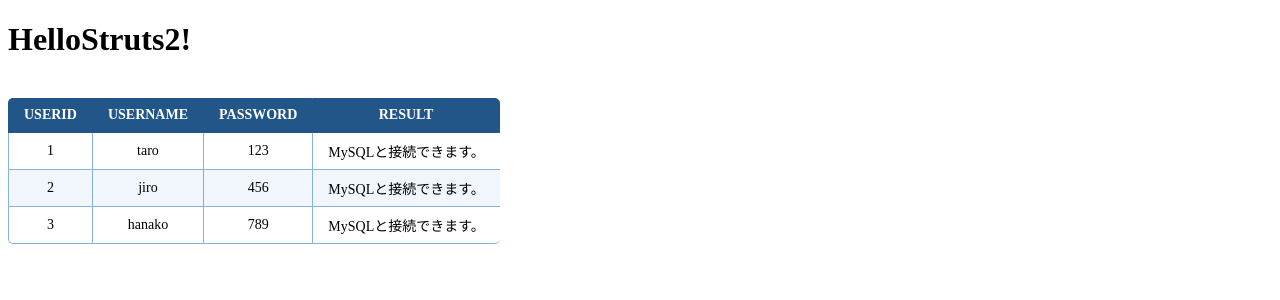
Repository: teru1236/test
Page: http://localhost/WebproJ4/HelloStrutsAction.action
These files come from the project's save history. The page is drawn as it stood at one moment and after the next save; the edit follows.
The browser window is 1280 px wide. The pictures show the whole page.
The page is served by Tomcat 9. Other server files are loaded and not shown. The database holds what the project's SQL file puts in it.

Above is the page before, as saved 2018-03-02 08:35:05.

### WebproJ4/WebContent/hello.jsp
<%@ page language="java" contentType="text/html; charset=UTF-8"
    pageEncoding="UTF-8"%>
<%@ taglib prefix="s" uri="/struts-tags" %>
<!DOCTYPE html PUBLIC "-//W3C//DTD HTML 4.01 Transitional//EN" "http://www.w3.org/TR/html4/loose.dtd">
<html>
<head>
<meta http-equiv="Content-Type" content="text/html; charset=UTF-8">
<link rel="stylesheet" type="text/css" href="./css/style.css">
<title>HelloStruts</title>
</head>
<body>
<h1>HelloStruts2!</h1>
<br>

<table>
	<tbody>

	<tr>
		<th>USERID</th>
		<th>USERNAME</th>
		<th>PASSWORD</th>
		<th>RESULT</th>
	</tr>

	<s:iterator value="helloStrutsDTOList">

	<tr>
		<td><s:property value="userId"/></td>
		<td><s:property value="userName"/></td>
		<td><s:property value="password"/></td>
		<td><s:property value="result"/></td>
	</tr>

	</s:iterator>
	</tbody>
</table>
</body>
</html>

### WebproJ4/src/com/internousdev/webproj4/dto/HelloStrutsDTO.java
package com.internousdev.webproj4.dto;

public class HelloStrutsDTO {
	private int userId;
	private String userName;
	private String password;
	private String result;

	public int getUserId() {
		return userId;
	}
	public void setUserId(int userId) {
		this.userId = userId;
	}
	public String getUserName() {
		return userName;
	}
	public void setUserName(String userName) {
		this.userName = userName;
	}
	public String getPassword() {
		return password;
	}
	public void setPassword(String password) {
		this.password = password;
	}
	public String getResult() {
		return result;
	}
	public void setResult(String result) {
		this.result = result;
	}


}

### WebproJ4/src/com/internousdev/webproj4/dao/HelloStrutsDAO.java
package com.internousdev.webproj4.dao;

import java.sql.Connection;
import java.sql.PreparedStatement;
import java.sql.ResultSet;
import java.sql.SQLException;
import java.util.ArrayList;
import java.util.List;

import com.internousdev.webproj4.dto.HelloStrutsDTO;
import com.internousdev.webproj4.util.DBConnector;

public class HelloStrutsDAO {
	List<HelloStrutsDTO> helloStrutsDTOList = new ArrayList<HelloStrutsDTO>();

	public List<HelloStrutsDTO>select(){
		DBConnector db = new DBConnector();
		Connection con = db.getConnection();

		String sql = "select * from users";
		try{
			PreparedStatement ps = con.prepareStatement(sql);
			ResultSet rs = ps.executeQuery();

			while(rs.next()){
				HelloStrutsDTO dto = new HelloStrutsDTO();
				dto.setUserId(rs.getInt("user_id"));
				dto.setUserName(rs.getString("user_name"));
				dto.setPassword(rs.getString("password"));
				dto.setResult("MySQLと接続できます。");
				helloStrutsDTOList.add(dto);
			}
		}catch(SQLException e){
			e.printStackTrace();
		}
		try{
			con.close();
		}catch(SQLException e){
			e.printStackTrace();
		}
		return helloStrutsDTOList;
	}
}

### WebproJ4/src/com/internousdev/webproj4/util/DBConnector.java
package com.internousdev.webproj4.util;

import java.sql.Connection;
import java.sql.DriverManager;
import java.sql.SQLException;

public class DBConnector {
	private static String driverName = "com.mysql.jdbc.Driver";
	private static String url = "jdbc:mysql://localhost/testdb";
	private static String user = "root";
	private static String password = "mysql";

	public Connection getConnection(){
		Connection con = null;
		try{
			Class.forName(driverName);
			con = DriverManager.getConnection(url,user,password);
		}catch(ClassNotFoundException e){
			e.printStackTrace();
		}catch(SQLException e){
			e.printStackTrace();
		}
		return con;
	}
}

### WebproJ4/WebContent/css/style.css
@CHARSET "UTF-8";
table{
	width:auto;
	border-spacing:0;
	font-size:14px;
}
table th{
	color:#fff;
	padding:8px 15px;
	background:#258;
	background:-moz-linear-gradient(rgba(34,85,136,0,9),rgba(34,85,136,0,9) 50%);
	background:-webkit-gradient(linear,100%,0%,100%,50%,from(rgba(34,85,136,0,7),to(rgba(34,85,136,0,9))));
	font-weight:bold;
	border-left:1px solid #258;
	border-top:1px solid #258;
	border-bottom:1px solid #258;
	line-height:120%;
	text-align:center;
	text-shaow:0 -1px 0 rgba(34,85,136,0,9);
	box-shadow:opx 1px 1px rgba(255,255,255,0,3) inset;
}
table th:first-child{
	border-radius:5px 0 0 0;
}
table th:last-child{
	border-radius:0 5px 0 0;
	border-right:1px solid #258;
	box-shadow:2px 2px 1px rgba(0,0,0,0,1),0px 1px 1px rgba(255,255,255,0,3) inset;

}
table tr td{
	padding:8px 15px;
	border-bottom:1px solid #84b2e0;
	border-left:1px solid #84b2e0;
	text-align:center;
}
table tr{
	background:#fff;
}
table tr:nth-child(2n+1){
	background:#f1f6fc;
}
table tr:last-child td{
	box-shadow:2px 2px 1px rgba(0,0,0,0,1);
}
table tr:last-child td:first-child{
	border-radius:0 0 0 5px;
}
table tr:last-child td:last-child{
	border-radius:0 0 5px 0;
}
table tr:hover{
	background:#bbd4ee;
	cursor:pointer;
}

### WebproJ4/sql/testdb.sql (the tables this page reads)
create table users(
user_id int primary key auto_increment,
user_name varchar(255),
password varchar(255)
);

insert into users values(1,"taro","123");

insert into users values(2,"jiro","456");

insert into users values(3,"hanako","789");

After the next save:
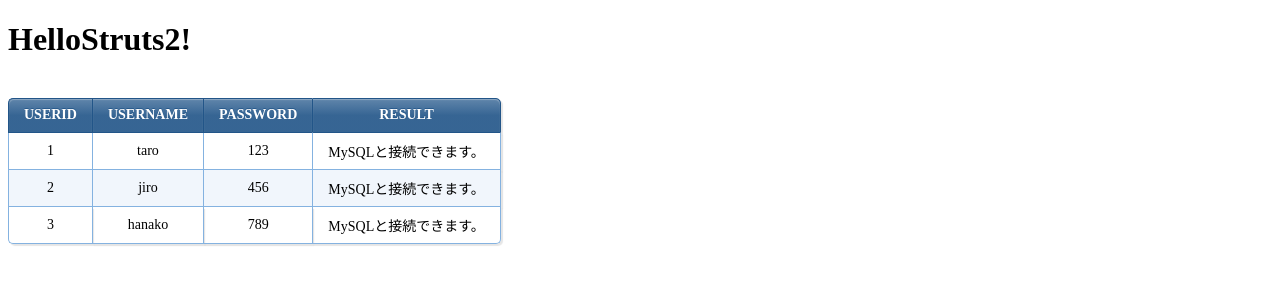
Saved 70 s later.
--- a/WebproJ4/WebContent/css/style.css
+++ b/WebproJ4/WebContent/css/style.css
@@ -1,55 +1,59 @@
 @CHARSET "UTF-8";
-table{
-	width:auto;
-	border-spacing:0;
-	font-size:14px;
+table {
+width: auto;
+border-spacing: 0;
+font-size:14px;
 }
-table th{
-	color:#fff;
-	padding:8px 15px;
-	background:#258;
-	background:-moz-linear-gradient(rgba(34,85,136,0,9),rgba(34,85,136,0,9) 50%);
-	background:-webkit-gradient(linear,100%,0%,100%,50%,from(rgba(34,85,136,0,7),to(rgba(34,85,136,0,9))));
-	font-weight:bold;
-	border-left:1px solid #258;
-	border-top:1px solid #258;
-	border-bottom:1px solid #258;
-	line-height:120%;
-	text-align:center;
-	text-shaow:0 -1px 0 rgba(34,85,136,0,9);
-	box-shadow:opx 1px 1px rgba(255,255,255,0,3) inset;
+table th {
+color: #fff;
+padding: 8px 15px;
+background: #258;
+background:-moz-linear-gradient(rgba(34,85,136,0.7), rgba(34,85,136,0.9) 50%);
+background:-webkit-gradient(linear, 100% 0%, 100% 50%, from(rgba(34,85,136,0.7)), to(rgba(34,85,136,0.9)));
+font-weight: bold;
+border-left:1px solid #258;
+border-top:1px solid #258;
+border-bottom:1px solid #258;
+line-height: 120%;
+text-align: center;
+text-shadow:0 -1px 0 rgba(34,85,136,0.9);
+box-shadow: 0px 1px 1px rgba(255,255,255,0.3) inset;
 }
-table th:first-child{
-	border-radius:5px 0 0 0;
+table th:first-child {
+border-radius: 5px 0 0 0;
 }
-table th:last-child{
-	border-radius:0 5px 0 0;
-	border-right:1px solid #258;
-	box-shadow:2px 2px 1px rgba(0,0,0,0,1),0px 1px 1px rgba(255,255,255,0,3) inset;
+table th:last-child {
 
+border-radius:0 5px 0 0;
+border-right:1px solid #258;
+box-shadow: 2px 2px 1px rgba(0,0,0,0.1),0px 1px 1px rgba(255,255,255,0.3) inset;
 }
-table tr td{
-	padding:8px 15px;
-	border-bottom:1px solid #84b2e0;
-	border-left:1px solid #84b2e0;
-	text-align:center;
+table tr td {
+padding: 8px 15px;
+border-bottom: 1px solid #84b2e0;
+border-left: 1px solid #84b2e0;
+text-align: center;
 }
-table tr{
-	background:#fff;
+table tr td:last-child {
+border-right: 1px solid #84b2e0;
+box-shadow: 2px 2px 1px rgba(0,0,0,0.1);
 }
-table tr:nth-child(2n+1){
-	background:#f1f6fc;
+table tr {
+background: #fff;
 }
-table tr:last-child td{
-	box-shadow:2px 2px 1px rgba(0,0,0,0,1);
+table tr:nth-child(2n+1) {
+background: #f1f6fc;
 }
-table tr:last-child td:first-child{
-	border-radius:0 0 0 5px;
+table tr:last-child td {
+box-shadow: 2px 2px 1px rgba(0,0,0,0.1);
 }
-table tr:last-child td:last-child{
-	border-radius:0 0 5px 0;
+table tr:last-child td:first-child {
+border-radius: 0 0 0 5px;
 }
-table tr:hover{
-	background:#bbd4ee;
-	cursor:pointer;
+table tr:last-child td:last-child {
+border-radius: 0 0 5px 0;
 }
+table tr:hover {
+background: #bbd4ee;
+cursor:pointer;
+}
